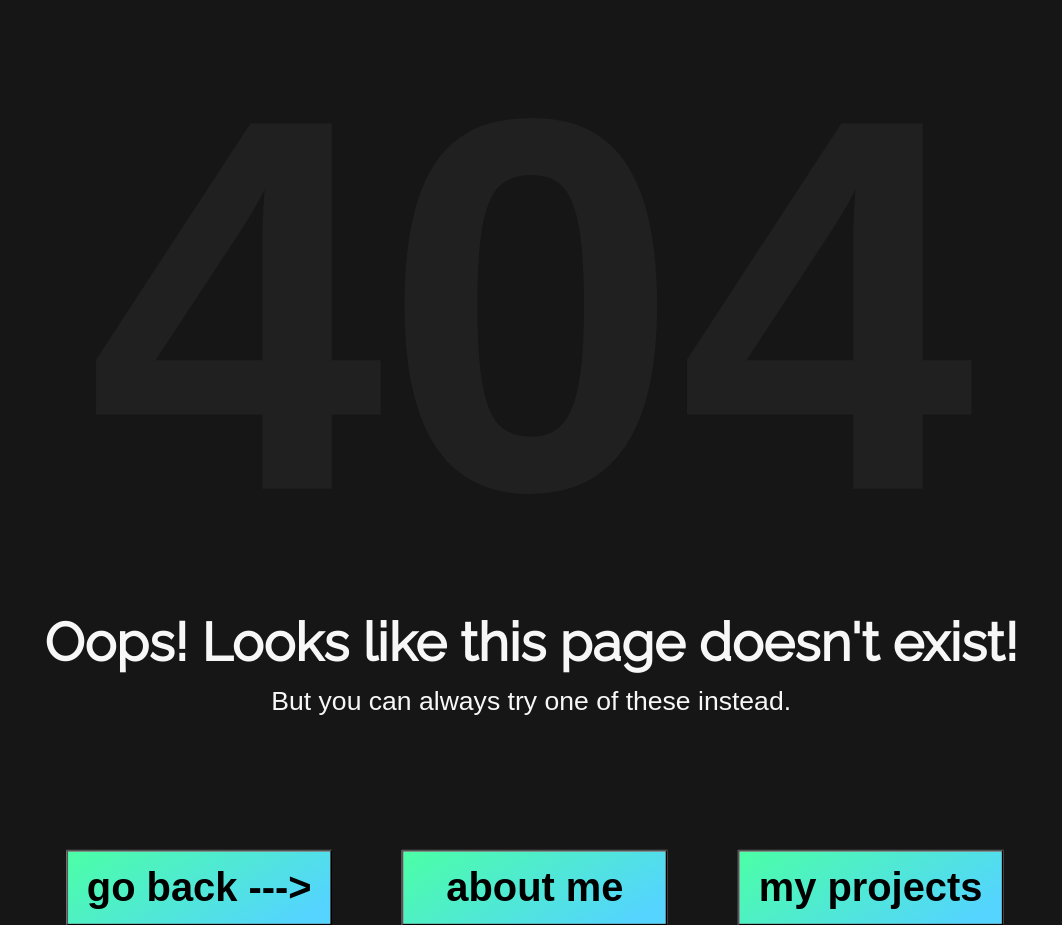
Repository: TeeJaysDev/Portfolio
Page: 404.html
These files come from the project's save history. The page is drawn as it stood at one moment and after the next save; the edit follows.
The browser window is 1280 px wide. The pictures show the whole page, at 83% of full size.

Above is the page before, as saved 2021-08-26 22:16:05.

### 404.html
<!DOCTYPE html>
<html lang="en">
<head>
    <meta charset="UTF-8">
    <meta http-equiv="X-UA-Compatible" content="IE=edge">
    <meta name="viewport" content="width=device-width, initial-scale=1.0">
    <script type="text/javascript" src="script.js"></script>
    <link rel="stylesheet" href="404.css">
    <link rel="preconnect" href="https://fonts.gstatic.com">
    <link href="https://fonts.googleapis.com/css2?family=Raleway&display=swap" rel="stylesheet">
    <title>Tymon Jędryczka | Portfolio</title>
</head>
<body>
    <section class="error">
        <h2>
            404
        </h2>
        <h1>
            Oops! Looks like this page doesn't exist!
        </h1>
        <h3>
            But you can always try one of these instead.
        </h3>
        <button>
            <a href="https://teejay.dev" target="_blank" rel="noopener">go back ---></a>
        </button>
        <button>
            <a href="https://teejay.dev/#about" target="_blank" rel="noopener">about me</a>
        </button>
        <button>
            <a href="https://teejay.dev/#projects" target="_blank" rel="noopener">my projects</a>
        </button>
    </section>
</body>
</html>

### 404.css
@import url('https://fonts.googleapis.com/css2?family=Raleway&display=swap');

* {
    margin: 0;
    padding: 0;
    box-sizing: border-box;
    font-family: sans-serif;
    text-decoration: none;
    list-style: none;
    z-index: 1;
}

body {
    background-color: #161616;
}

h1, h3 {
    display: flex;
    justify-content: center;
    color: #F7F7F7;
}

h1 {
    font-family: Raleway;
    font-size: 4rem;
    font-weight: 700;
    margin-bottom: 1rem;
}

h3 {
    font-family: Arial, Helvetica, sans-serif;
    font-size: 2rem;
    font-weight: 400;
}

h2 {
    display: flex;
    justify-content: center;
    color: #202020;
    font-size: 40rem;
    z-index: 0;
}

button a {
    text-align: center;
    font-size: 3rem;
    color: #000000;
}

button {
    padding: 1rem;
    width: 20rem;
    font-weight: bold;
    text-align: center;
    margin-left: 5rem;
    margin-top: 10rem;
    background-image: linear-gradient(147deg, #4bffa5, #54d4ff 90%);
    color: #000000;
    cursor: pointer;
}

@media only screen
and (min-width: 320px)
and (max-width: 375px) {

    h1 {
        min-width: 17ch;
        text-align: right;
        margin-left: 1.5rem;
        margin-top: 4rem;
        font-size: 2rem;
    }

    h2 {
        margin-top: 7rem;
        margin-left: 0.5rem;
        font-size: 12rem;
    }

    button {
        margin-top: 5rem;
        margin-left: 0.3rem;
    }
}

@media only screen
and (min-width: 375px)
and (max-width: 425px) {

    h1 {
        min-width: 20ch;
        text-align: right;
        margin-left: 1rem;
        margin-top: 4rem;
        font-size: 2rem;
    }

    h2 {
        margin-top: 7rem;
        margin-left: 2rem;
        font-size: 12rem;
    }

    button {
        margin-top: 10rem;
        margin-left: 2rem;
    }
}

@media only screen
and (min-width: 425px)
and (max-width: 768px) {

    h1 {
        text-align: right;
        margin-left: 2rem;
        margin-top: 4rem;
        font-size: 2rem;
    }

    h2 {
        margin-top: 7rem;
        margin-left: 3rem;
        font-size: 12rem;
    }

    button {
        margin-top: 5rem;
        margin-left: 3rem;
    }
}

@media only screen
and (min-width: 768px)
and (max-width: 1024px) {

    h1 {
        text-align: right;
        margin-left: 2rem;
        margin-top: 4rem;
        font-size: 2rem;
    }

    h2 {
        margin-top: 3rem;
        margin-left: 3rem;
        font-size: 25rem;
    }

    button {
        margin-top: 3rem;
        margin-left: 15rem;
    }
}

Loaded but not shown: script.js (no stored copy; drawn as an empty file)

After the next save:
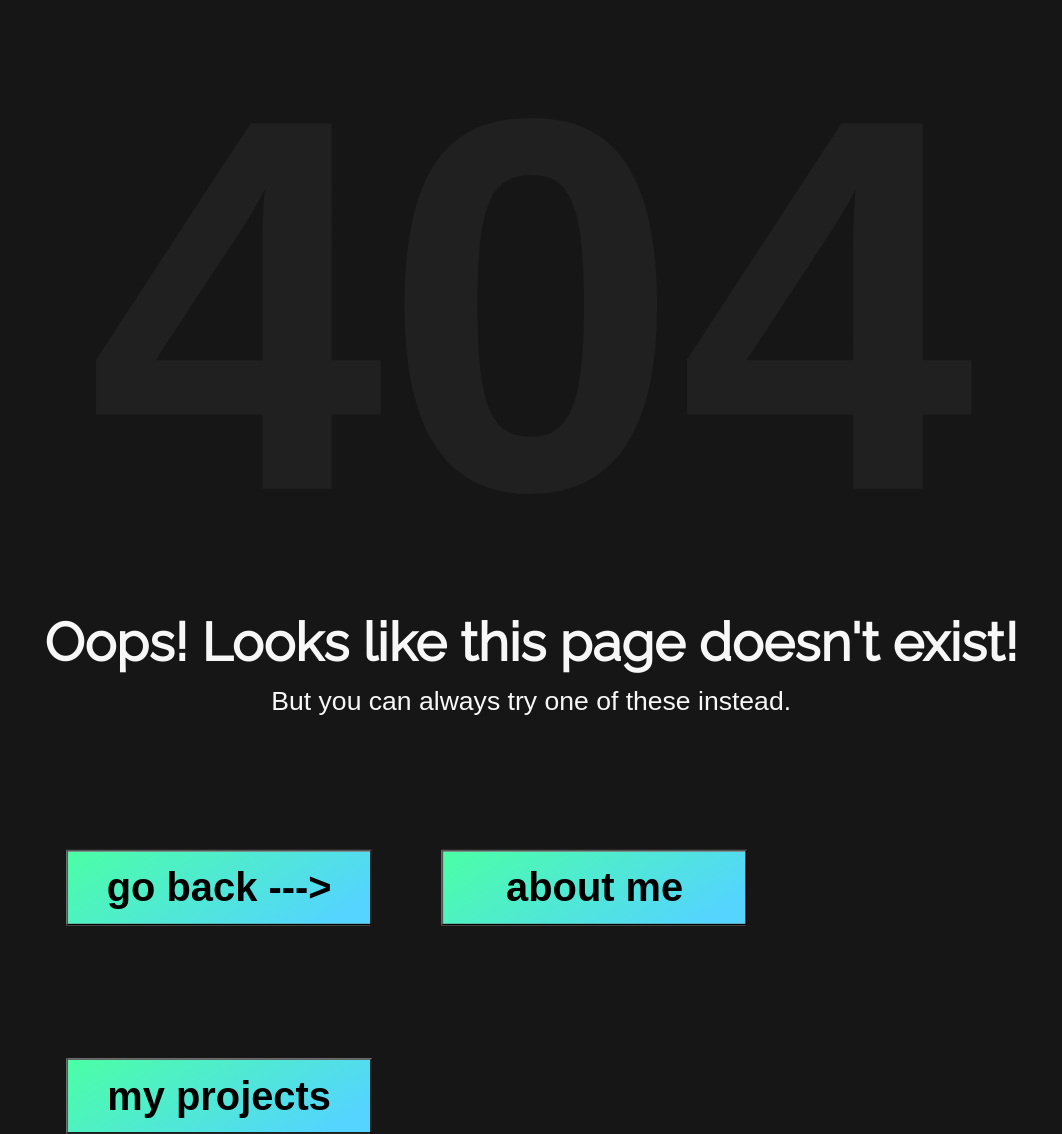
Saved 6 s later.
--- a/404.css
+++ b/404.css
@@ -49,7 +49,7 @@ button a {
 
 button {
     padding: 1rem;
-    width: 20rem;
+    width: 23rem;
     font-weight: bold;
     text-align: center;
     margin-left: 5rem;
